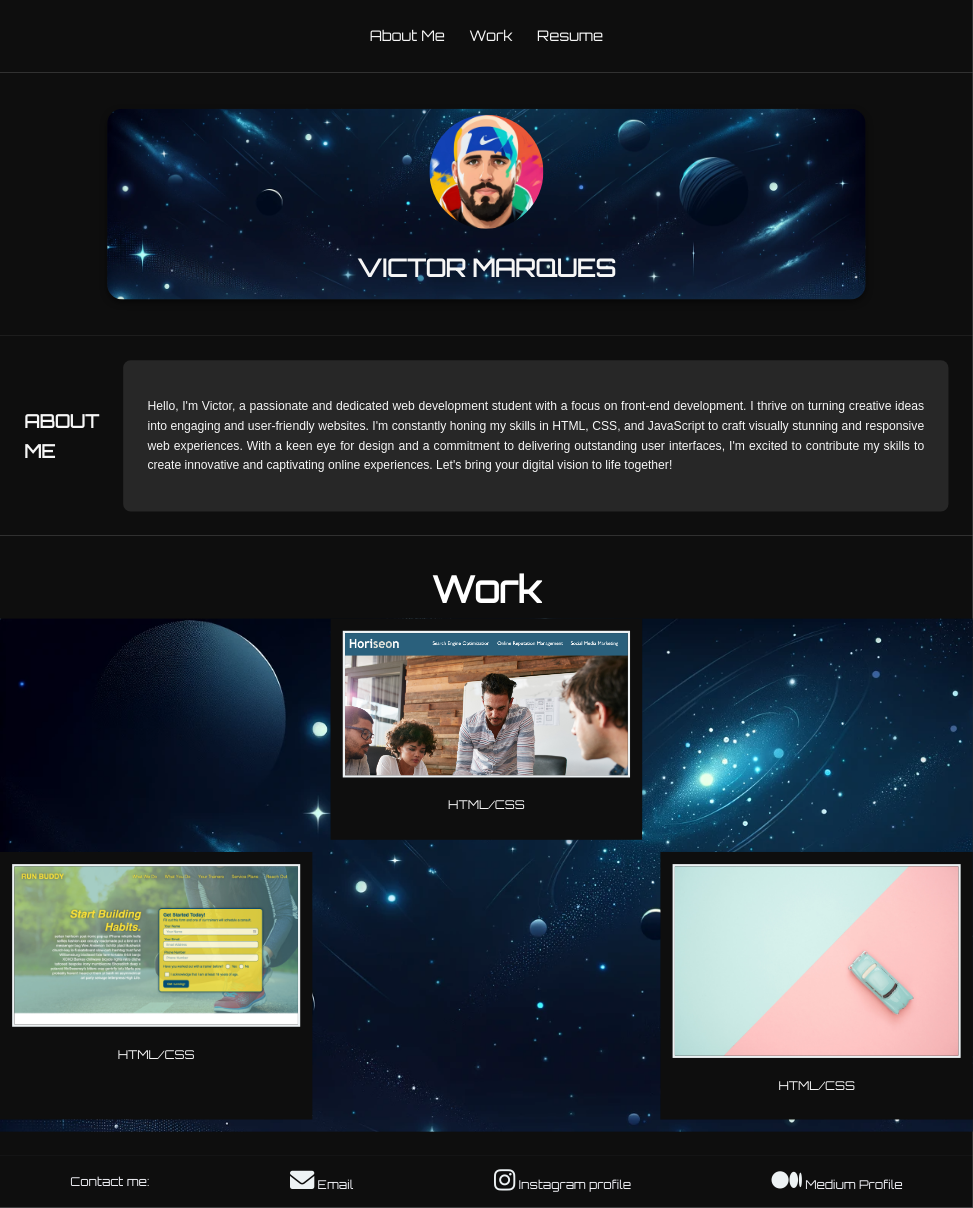
Repository: uvee35/Challenge2-Victor
Page: index.html
The author's editor kept a copy of each file at every save. The page is drawn from the files as they stood at one save, then again after the next save.
The browser window is 1280 px wide. The pictures show the whole page, at 76% of full size.

Above is the page before, as saved 2023-12-12 22:07:15.

After the next save:
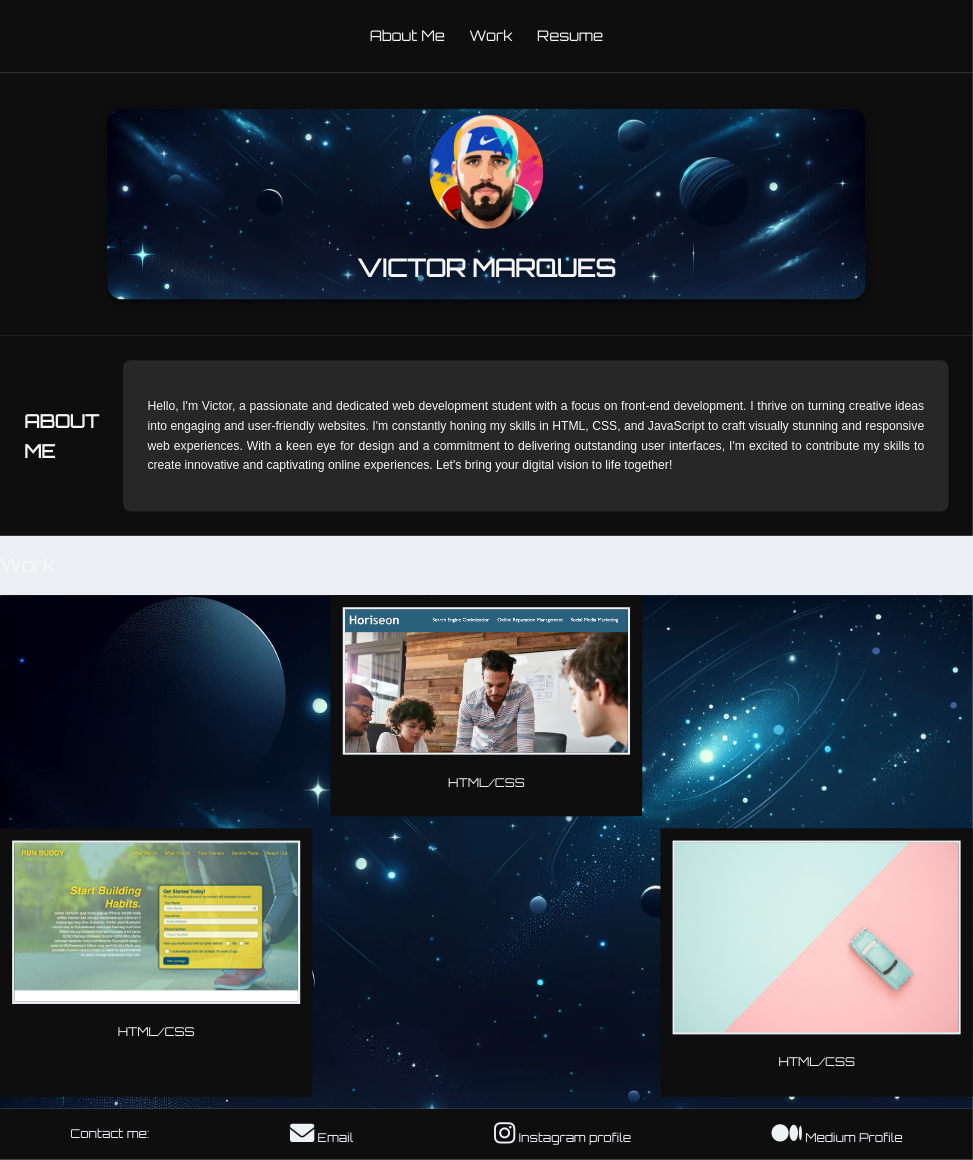
Saved 22 s later.
--- a/index.html
+++ b/index.html
@@ -57,7 +57,7 @@
         </div>
       </section>
 
-      <section class="work-section-header">
+      <section class="page-section" id="work">
         <h2>Work</h2>
         <div class="work__projects">
           <!-- Top featured project -->
